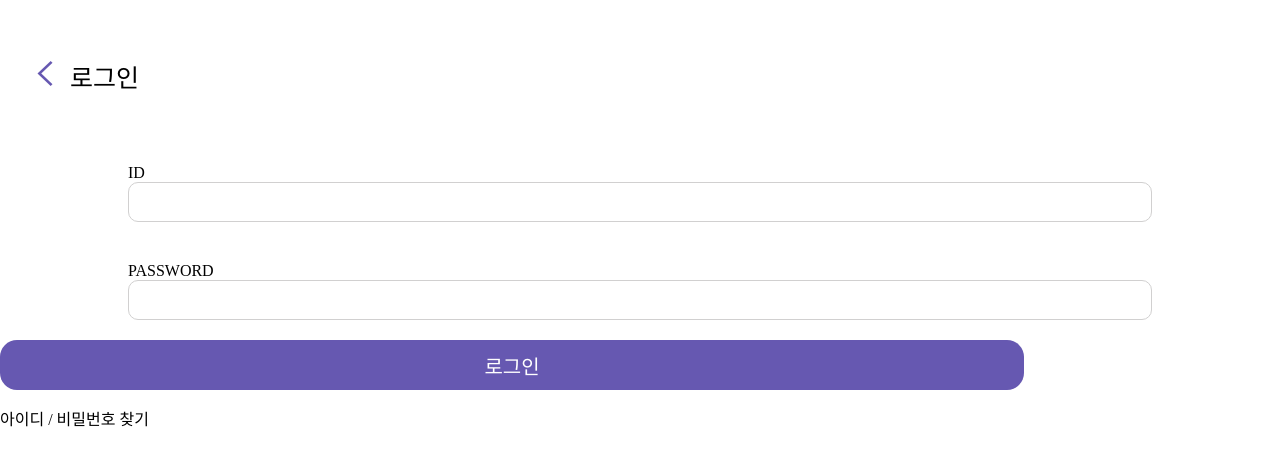
Repository: PEPI-dev/UI
Page: login/login.html
The author's editor kept a copy of each file at every save. The page is drawn from the files as they stood at one save, then again after the next save.
The browser window is 1280 px wide. The pictures show the whole page.
Some web fonts or font styles are not loaded; a fallback is used.

Above is the page before, as saved 2023-12-05 15:45:24.

### login/login.html
<!DOCTYPE html>
<html lang="en">
<head>
    <meta charset="UTF-8">
    <meta name="viewport" content="width=device-width, initial-scale=1.0">
    <title>Login</title>
    <link rel="stylesheet" href="../userFrame.css">
    <link rel="stylesheet" href="../login/login.css">
    <link rel ="stylesheet" type="text/css" href="../a_XEIcon-2.2.0/xeicon.min.css">
</head>
<body>

    <header>
        <i class="xi-angle-left"></i>
        <span class="title">로그인</span>
    </header>

    <div id="container">
    <form action="#">
        <div class="input_form"><label for="ID" class="txt_input">ID</label><input class="search" id="ID" type="text"></input></div>

        <div class="input_form"><label for="password" class="txt_input">PASSWORD</label><input class="search" id="password" type="password" ></input></div>

        <button class="purple button">로그인</button>

        <p id="find_id">아이디 / 비밀번호 찾기</p>
    </form>
    </div>

</body>
</html>

### userFrame.css
/*색상*/
.purple {
    background-color: #6658B1;
}

.gold {
    background-color: #EF9E3E;
}

.yellow {
    background-color: #F6C080;
}

/*폰트 -> 이거만 사용, 이미 적용시켜놨어용*/
@font-face {
    font-family: 'Pretendard-Regular';
    src: url('https://cdn.jsdelivr.net/gh/Project-Noonnu/noonfonts_2107@1.1/Pretendard-Regular.woff') format('woff');
    font-weight: 400;
    font-style: normal;
}

* {
    font-family: 'Pretendard-Regular';
}
/*기본 설정*/
html {
    font-size: 16px;
    box-sizing: border-box;
}

body, header{
    width: 100%;
    font-size: 1rem;
    margin: 0;
    padding: 0;
    box-sizing: border-box;
}

/*뒤로가기 버튼*/

header {
    padding: 30px;
    padding-top: 50px;
    display: flex;
    font-size: 30px;
    font-weight: 500;
    margin-top: 8px;
}

.xi-angle-left {
    color: #6658B1;
    font-size: 30px;
}

.title{
    font-size: 25px;
    margin-left: 10px;
}



.container{
    width: 80%;
    margin: auto;
    padding: 0;
    box-sizing: border-box;
}
/*검색창, 입력창*/
.search {
    border: 1px solid #d1d0d0;
    border-radius: 10px;
    width: 100%;
    height: 40px;
    padding: 5px 20px;
    box-sizing: border-box;
}


.button {
    color: white;
    font-size: 20px;
    font-weight: 500;
    border-radius: 17px;
    border: 0px;
    width: 100%;
    height: 50px;
    margin-top: 50px;
}

footer {
    height: 60px;
}

### login/login.css
.button{
    width: 80%;
    margin-top: 10px;
    margin-left: 50px auto;
}

.input_form{
    padding-top: 30px;
    width: 80%;
    margin: 10px auto;
}

Loaded but not shown: a_XEIcon-2.2.0/xeicon.min.css (library)

After the next save:
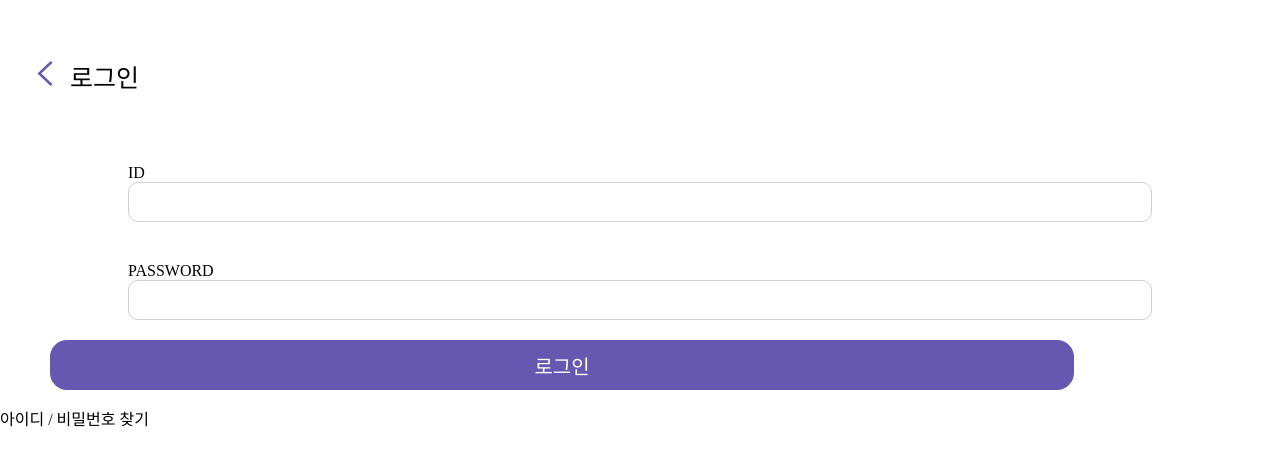
Saved 6 s later.
--- a/login/login.css
+++ b/login/login.css
@@ -1,7 +1,7 @@
 .button{
     width: 80%;
     margin-top: 10px;
-    margin-left: 50px auto;
+    margin-left: 50px;
 }
 
 .input_form{

After the save that followed:
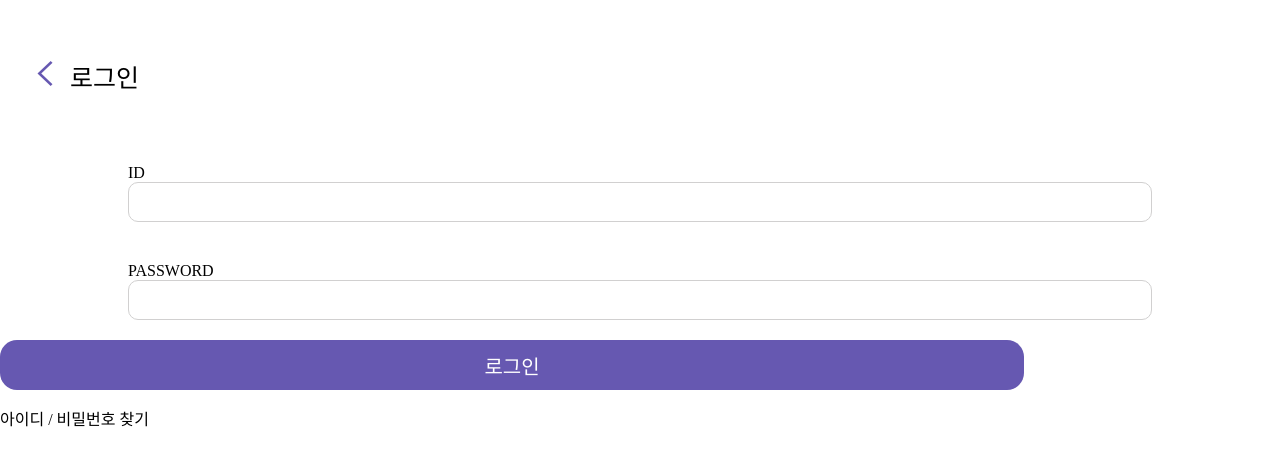
Saved 6 s later.
--- a/login/login.css
+++ b/login/login.css
@@ -1,7 +1,7 @@
 .button{
     width: 80%;
     margin-top: 10px;
-    margin-left: 50px;
+    margin-left: 50px auto;
 }
 
 .input_form{
